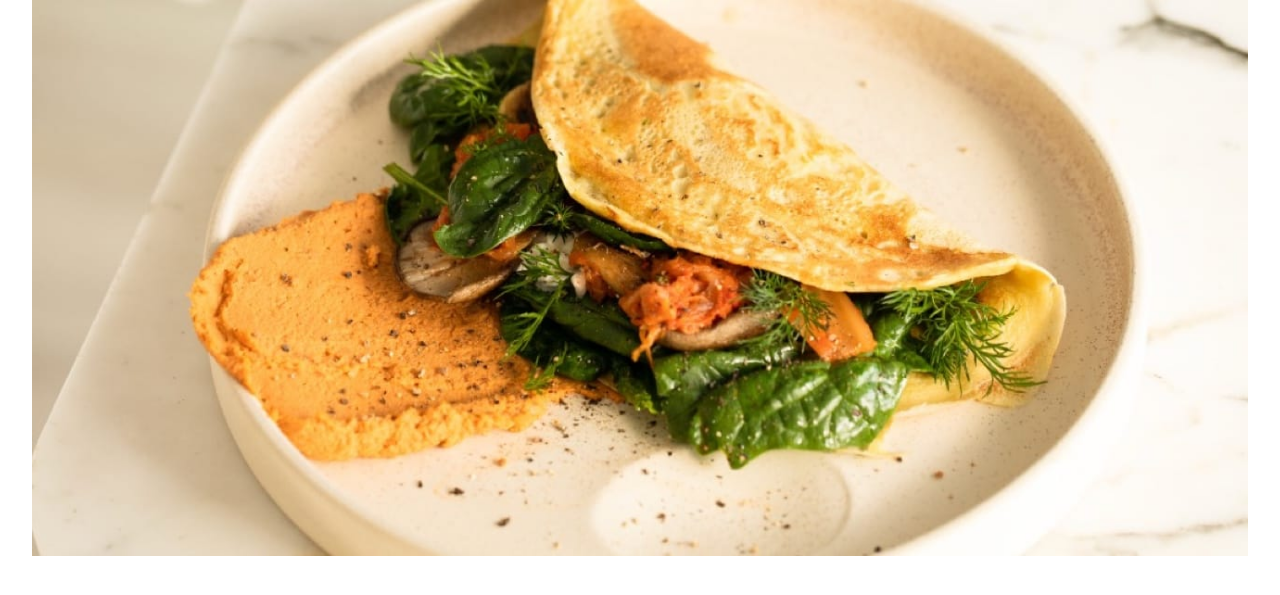
Repository: brandontaylor1/recipe-page
Page: index.html
These files come from the project's save history. The page is drawn as it stood at one moment and after the next save; the edit follows.
The browser window is 1280 px wide. The pictures show the whole page.

Above is the page before, as saved 2024-12-28 21:36:25.

After the next save:
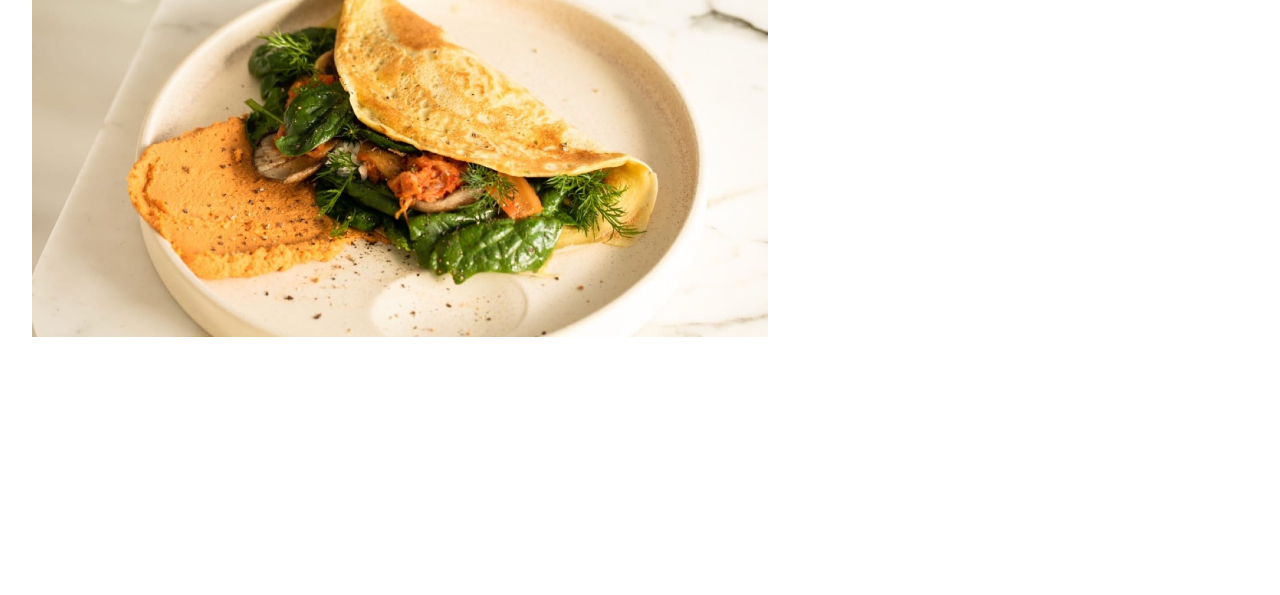
Saved 15 s later.
--- a/styles.css
+++ b/styles.css
@@ -133,5 +133,6 @@ select {
 }
 
 .recipe-card {
-    width:
+    width: 736px;
+
 }
